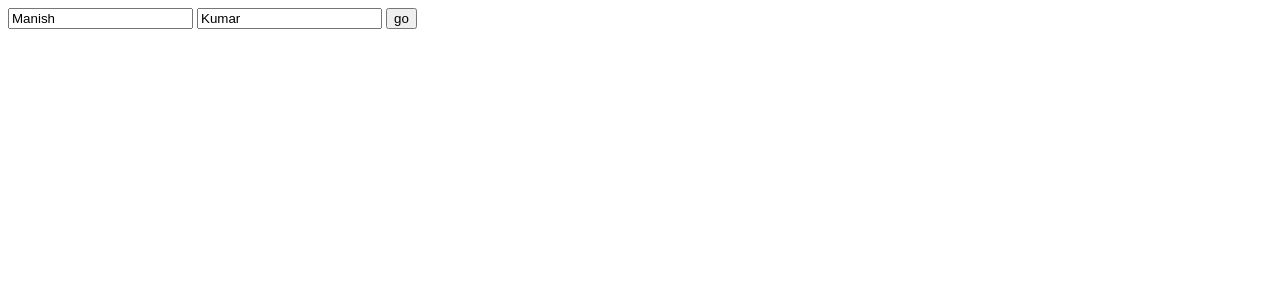
Repository: manishkaushik518/SystemBackup
Page: LostAndFound/WebContent/Homepage.html
An editor plug-in stored every save of this project. The page is shown before and after the next save, followed by the edit.
The browser window is 1280 px wide. The pictures show the whole page.

Above is the page before, as saved 2018-09-18 18:11:58.

After the next save:
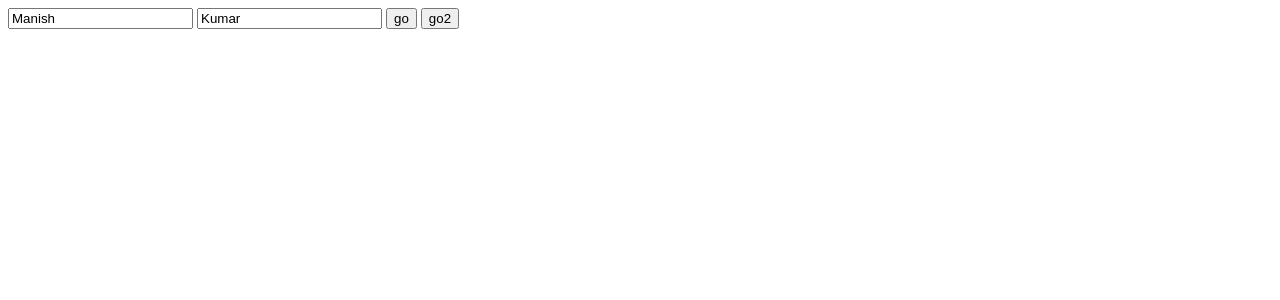
Saved 95 s later.
--- a/LostAndFound/WebContent/Homepage.html
+++ b/LostAndFound/WebContent/Homepage.html
@@ -9,6 +9,7 @@
 <input type="text" name="uname" value="Manish">
 <input type="text" name="lastname" value="Kumar">
 <input type="submit" value="go">
+<input type="submit" value="go2">
 </form>
 </body>
 </html>

After the save that followed:
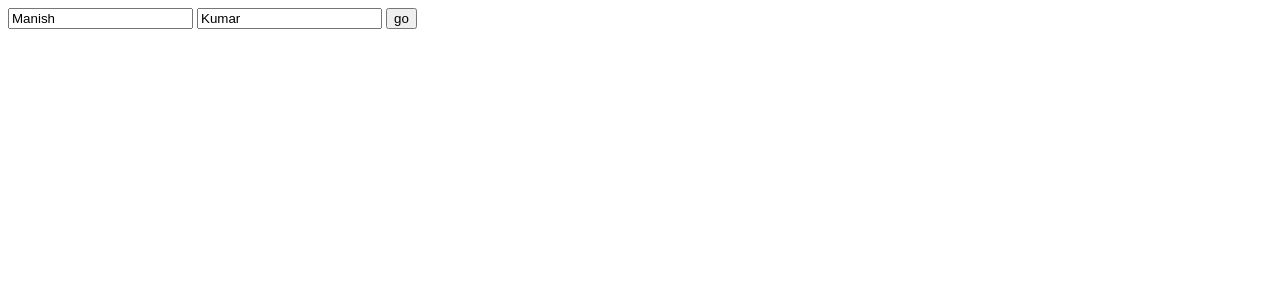
Saved 5 min 12 s later.
--- a/LostAndFound/WebContent/Homepage.html
+++ b/LostAndFound/WebContent/Homepage.html
@@ -9,7 +9,6 @@
 <input type="text" name="uname" value="Manish">
 <input type="text" name="lastname" value="Kumar">
 <input type="submit" value="go">
-<input type="submit" value="go2">
 </form>
 </body>
 </html>
